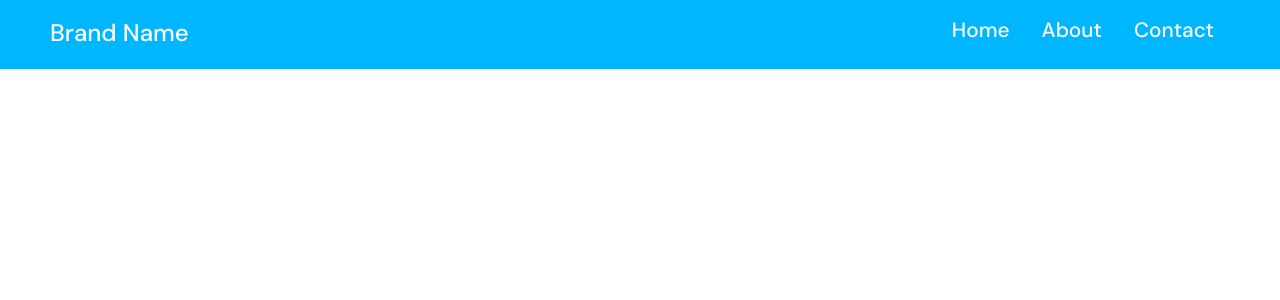
Repository: Jrap-bit/PeriodofSharing
Page: index.html
These files come from the project's save history. The page is drawn as it stood at one moment and after the next save; the edit follows.
The browser window is 1280 px wide. The pictures show the whole page.

Above is the page before, as saved 2022-01-13 21:02:23.

### index.html
<!DOCTYPE html>
<html lang="en">
<head>
    <meta charset="UTF-8">
    <meta http-equiv="X-UA-Compatible" content="IE=edge">
    <meta name="viewport" content="width=device-width, initial-scale=1.0">
    <link rel='stylesheet' href = 'style.css'>
    <title>Women</title>
</head>
<body>
    <nav class="navbar">
        <div class="brand-title">
            Brand Name
        </div>
        <a href="#" class="toggle-button">
            <span class="bar"></span>
            <span class="bar"></span>
            <span class="bar"></span>
        </a>
        <div class="navbar-links">
            <ul>
                <li><a href="#Home">Home</a></li>
                <li><a href="#About">About</a></li>
                <li><a href="#Contact">Contact</a></li>
            </ul>
        </div>
    </nav>
</body>
</html>

### style.css
@import url('https://fonts.googleapis.com/css2?family=DM+Sans:wght@500&display=swap');
* {
    box-sizing: border-box;
    font-family: 'DM Sans', sans-serif;
}

body {
    margin: 0;
    padding: 0;
}

html{
    scroll-behavior: smooth;
}

.navbar{
    display: flex;
    justify-content: space-between;
    align-items: center;
    background-color: rgb(0, 183, 255);
    color: white;

}

.brand-title{
    font-size: 1.5rem;
    margin: 10px 50px;
    margin-bottom: 15px;

}

.navbar-links ul{
    margin: 0 50px;
    margin-bottom: 10px;
    padding: 0;
    display: flex;
}

.navbar-links li {
    list-style: none;
    font-size: 1.3rem;

}

.navbar-links li a{
    text-decoration: none;
    color: white;
    padding: 1rem;
    display: block;
}

.navbar-links li:hover{
    background-color: rgb(1, 54, 75);
}

.toggle-button {
    position: absolute;
    top: .75rem;
    right: 1rem;
    display: none;
    flex-direction: column;
    justify-content: space-between;
    width: 30px;
    height: 21px;
}

.toggle-button .bar{
    height: 3px;
    width: 100%;
    background-color: white;
    border-radius: 10px;
}

@media (max-width: 800px) {
    .toggle-button{
        display: flex;
    }
    .navbar-links{
        display: none;
        width: 100%;
    }

    .navbar{
        flex-direction: column;
        align-items: flex-start;
    }

    .navbar-links ul {
        flex-direction: column;
        width: 100%;

    }

    .navbar-links li{
        text-align: center;
    }

    .navbar-links li a{
        padding: 0.5rem 1rem;
    }

    .navbar-links.active{
        display: flex;
    }

    .toggle-button:hover{
        background-color: #666;
    }
}

After the next save:
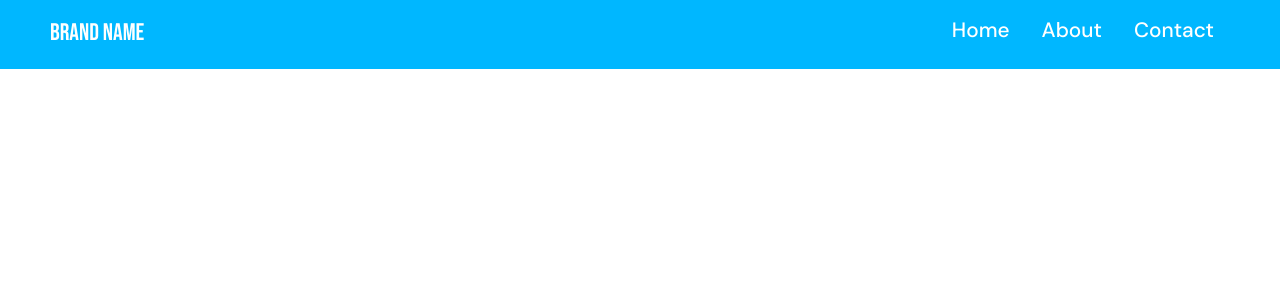
Saved 2 min 15 s later.
--- a/style.css
+++ b/style.css
@@ -1,4 +1,6 @@
 @import url('https://fonts.googleapis.com/css2?family=DM+Sans:wght@500&display=swap');
+@import url('https://fonts.googleapis.com/css2?family=Bebas+Neue&display=swap');
+@import url('https://fonts.googleapis.com/css2?family=Bebas+Neue&display=swap');
 * {
     box-sizing: border-box;
     font-family: 'DM Sans', sans-serif;
@@ -23,6 +25,7 @@ html{
 }
 
 .brand-title{
+    font-family: 'Bebas Neue', cursive;
     font-size: 1.5rem;
     margin: 10px 50px;
     margin-bottom: 15px;
